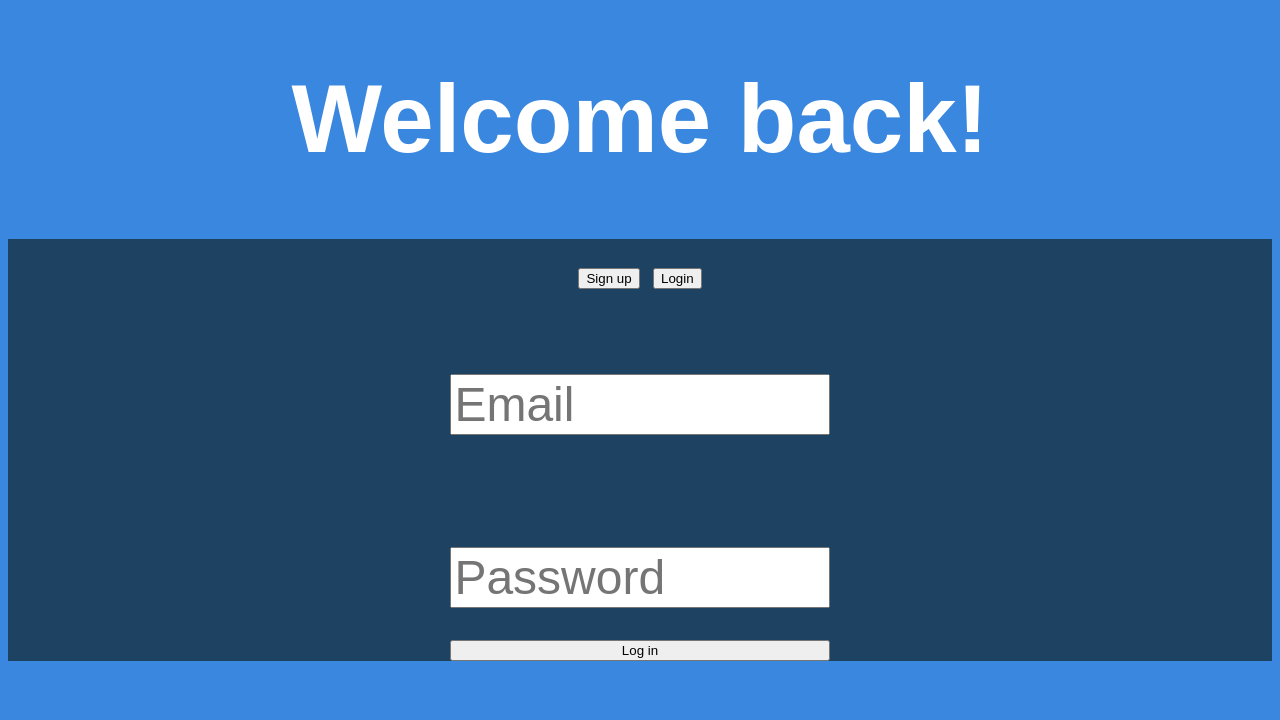
Repository: NicolasssCarlos/basic-flask-login
Page: http://localhost/
The author's editor kept a copy of each file at every save. The page is drawn from the files as they stood at one save, then again after the next save.
The browser window is 1280 px wide. The pictures show the whole page.
The page is served by the project's application, run on Flask 3 (app.py).

Above is the page before, as saved 2025-06-11 20:31:14.

### templates/index.html
<!DOCTYPE html>
<html lang="en">
<head>
    <meta charset="UTF-8">
    <meta name="viewport" content="width=device-width, initial-scale=1.0">


    <link rel="stylesheet" href="{{url_for('static', filename='main.css')}}">
    <title>Document</title>
</head>
<body class="login">


    <div class="container">


        <h1>Welcome back!</h1>


        <div class="log-in">


            <form method="post">


                <div class="buttons">


                    <button type="button" onclick="window.location.href='/signup'">Sign up</button>


                    <button type="button" onclick="window.location.href='/'">Login</button>



                </div>


                <div class="inputs">


                    <input type="email" name="email" placeholder="Email">


                    <input type="password" name="password" placeholder="Password">


                    <button type="submit">Log in</button>



                </div>



            </form>



        </div>


        {% if welcome %}


            {{ welcome }}


        {% elif error %}


            {{ error }}


        {% endif %}



    </div>



</body>
</html>

### app.py
from flask import Flask, render_template, request
import sqlite3



app = Flask(__name__)



connection = sqlite3.connect("users_log.db", check_same_thread=False)
cursor = connection.cursor()



cursor.execute("""
    CREATE TABLE IF NOT EXISTS users_log (
        id INTEGER PRIMARY KEY AUTOINCREMENT,
        name TEXT,
        username TEXT,
        email TEXT,
        password TEXT
    )
""")

@app.route("/", methods=["POST", "GET"])
def home():
    welcome = error = ""

    if request.method == "POST":
        email = request.form.get("email")
        password = request.form.get("password")

        cursor.execute("SELECT * FROM users_log WHERE email = ?", (email,))
        user_found = cursor.fetchone()

        if user_found:
            if user_found[4] == password:
                welcome = f"Welcome, {user_found[1]}"
            else:
                error = "Login failed. Incorrect email or password"

    return render_template("index.html", welcome=welcome, error=error)

@app.route("/signup", methods=["POST", "GET"])
def signup():
    errors = []
    welcome = ""

    if request.method == "POST":
        name = request.form.get("name")
        username = request.form.get("username")
        email = request.form.get("email")
        password = request.form.get("password")

        if name and username and email and password:
            cursor.execute("SELECT * FROM users_log WHERE email = ?", (email,))
            if cursor.fetchone():
                errors.append("Email is already in use")

            cursor.execute("SELECT * FROM users_log WHERE username = ?", (username,))
            if cursor.fetchone():
                errors.append("Username is already in use")

            if not errors:
                cursor.execute(
                    "INSERT INTO users_log (name, username, email, password) VALUES (?, ?, ?, ?)",
                    (name, username, email, password)
                )

                cursor.execute("SELECT * FROM users_log WHERE username = ?", (username,))
                user = cursor.fetchone()
                user_name = user[1]
                welcome = f"Welcome, {user_name}"

    return render_template("login.html", errors=errors, welcome=welcome)

if __name__ == "__main__":
    app.run(debug=True)

### static/main.css
.login {

    font-family: Arial, Helvetica, sans-serif;


    font-size: 3rem;


    background-color: #3a87df;


    color: #fff;


    margin-bottom: 0;



}


.login h1 {


    align-items: center;


    justify-content: center;


    text-align: center;



}


.login .container .log-in {


    align-items: center;


    justify-content: center;


    text-align: center;


    background-color: #1e4262;


    color: #fff;



}


.inputs {



    display: flex;


    flex-direction: column;


    gap: 1rem;


    width: 30%;


    margin: 0 auto;



}


.inputs input {


    font-size: 3rem;


    margin-bottom: 1rem;


    margin-top: 5rem;



}

After the next save:
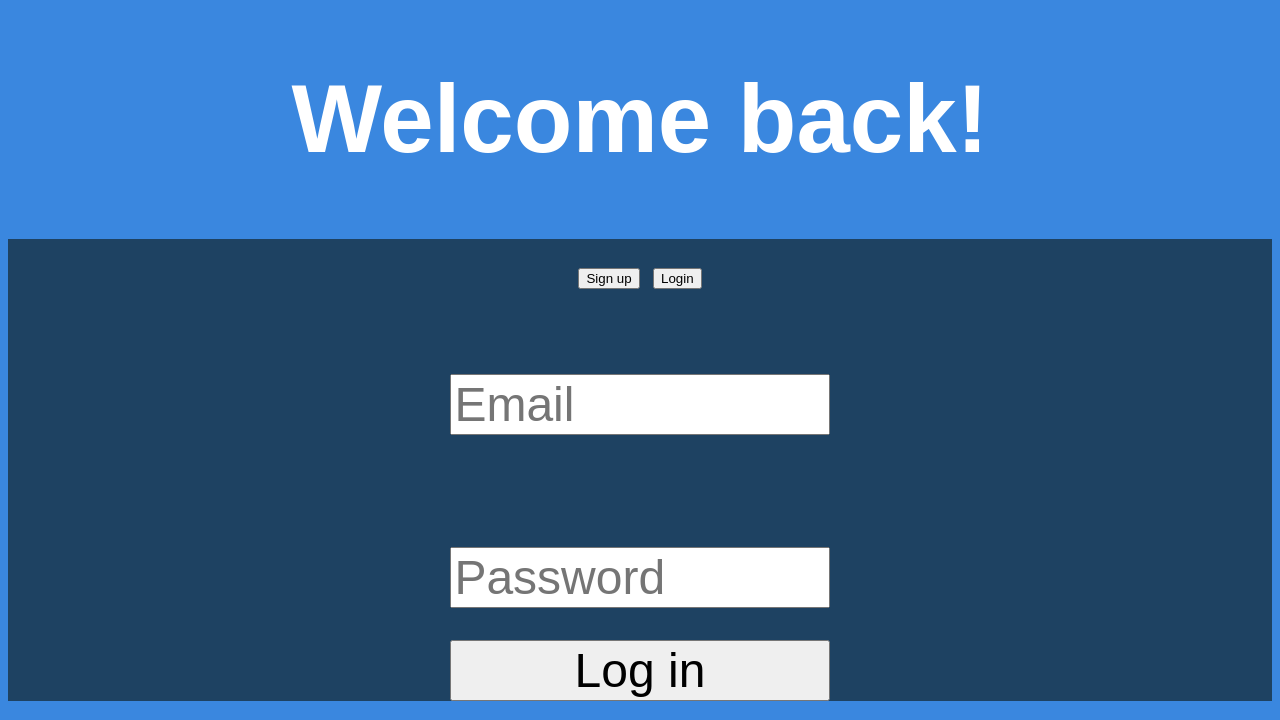
Saved 26 s later.
--- a/static/main.css
+++ b/static/main.css
@@ -94,3 +94,10 @@
 
 
 }
+
+
+.inputs button {
+
+
+    font-size: 3rem;
+}
